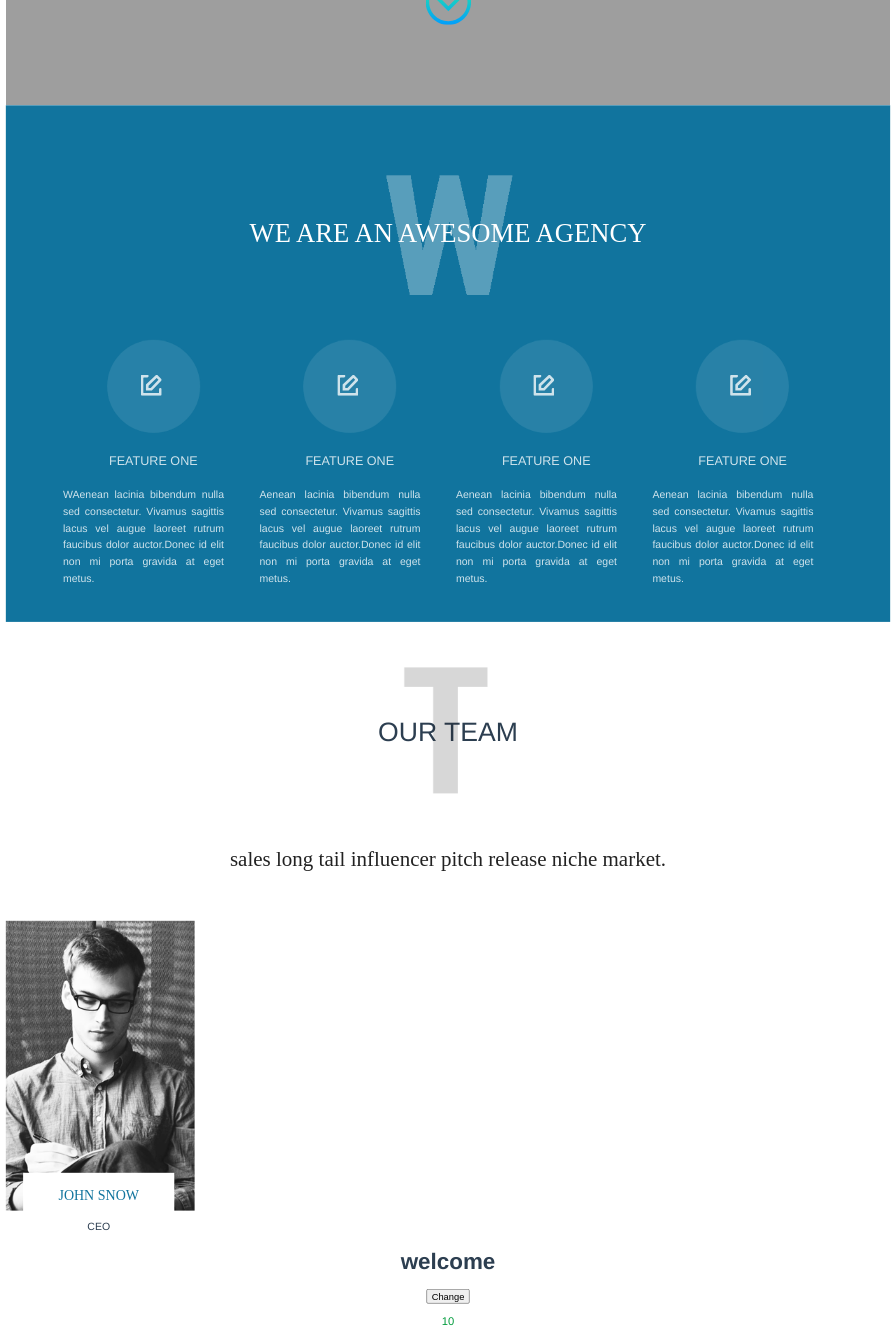
Repository: joker506/Creatives
Page: /
An editor plug-in stored every save of this project. The page is shown before and after the next save, followed by the edit.
The browser window is 1280 px wide. The pictures show the part of the page from y = 689 to 2609 px (the page is 2609 px tall), at 70% of full size.
Pictures or frames that could not be fetched are drawn as grey boxes. The project was rebuilt for these pictures with package versions that can differ from the ones it lists, and the page was loaded fresh each time.

Above is the page before, as saved 2020-04-01 21:41:48.

### src/App.vue
<template>
  <div id="app">
<HeaderApp  />
<AdvantagesApp />
<TeamApp />

    <HelloWorld
    @clicks="clickUp($event)"
       :msg=msg
       :counter=counter />
  </div>
</template>

<script>
import HelloWorld from './components/HelloWorld.vue'
import HeaderApp from './components/HeaderApp.vue'
import AdvantagesApp from './components/AdvantagesApp.vue'
import TeamApp from './components/TeamApp.vue'

export default {
  name: 'App',
  data(){
    return{
    msg:"welcome",
    counter:10
    }
  },
  components: {
    HelloWorld,
    AdvantagesApp,
    HeaderApp,
    TeamApp
  },
  methods:{
    clickUp(event){
      console.log("click")
      this.counter=event
    }
  }
}
</script>

<style>
#app {
  font-family: Avenir, Helvetica, Arial, sans-serif;
  -webkit-font-smoothing: antialiased;
  -moz-osx-font-smoothing: grayscale;
  text-align: center;
  color: #2c3e50;
  overflow: hidden;

}
</style>

### src/components/HelloWorld.vue
<template>
  <div class="hello">
    <h1>{{ msg }} </h1>
   <button @click="clickDown">Change</button>
   <p>{{counter}}</p>

  </div>
</template>

<script>
export default {
  name: 'HelloWorld',

  props: {
    msg: String,
    counter:Number

  },
  methods:{
    clickDown(){
      console.log("Your Click!")
      this.$emit("clicks",this.counter+1)

    }
  }
}
</script>

<style scoped>
h3 {
  margin: 40px 0 0;
}
ul {
  list-style-type: none;
  padding: 0;
}
li {
  display: inline-block;
  margin: 0 10px;
}
a {
  color: #42b983;
}
p{
  color:rgb(3, 156, 62);
}
</style>

### src/components/HeaderApp.vue
<template>

<header class="header">

<div class="header__top">
<a class="logo" href="#" >
    <img src="@/assets/Logo1.png" alt="logo">
</a>
<nav class="main-nav">
    <ul class="main-nav__items">
        <li class="item">
            <a href="#">Home</a> </li>
        <li class="item">
            <a href="#">Pages</a> </li>
        <li class="item">
            <a href="#">Features</a> </li>
        <li class="item">
            <a href="#">Extensions</a> </li>
        <li class="item">
            <a href="#">Tutorials</a> </li>
        <li class="item">
            <a href="#">Contact us</a> </li>
    </ul>
</nav>

<div class="social">
    <ul class="social__items">
        <li class="social__item social__item--fb">
            <a class="social__link" href="#"></a></li>
        <li class="social__item social__item--insta">
            <a class="social__link" href="#"></a></li>
        <li class="social__item social__item--teleg">
            <a class="social__link" href="#"></a></li>
        <li class="social__item social__item--vk">
            <a class="social__link" href="#"></a></li>
    </ul>
</div>

</div>
<div class="header__main">

<h1 class="header__title" >Creatives</h1>
<p class="text"><a href="Power by PSDfreebies.com"> Power by PSDfreebies.com</a></p>

<span class="btn__main">
    <a class="btn__main-link">scroll down</a>
</span>
</div>


</header>

</template>

<script>
export default {
    name:'HeaderApp',

    directives:{
        font:{
            bind(el){
            el.style.fontSize='50px'
            }
        },
        color:{
            bind(el){
                el.style.color='#ffffff'
            }
        }
    }


}
</script>

<style lang="scss">
.header{
    margin: 0;
    padding: 0;
    max-width: 1600px;
    padding-top: 20px;
    font-size: 18px;
    background-image: url("~@/assets/Layer96.jpg");
    background-repeat: no-repeat;
    background-position: 0 0;
    background-size: cover;
}

.header__top{
    padding-right: 15px;
    padding-left: 15px;
    display: flex;
    justify-content: space-between;
    height: 90px;
    border-bottom: 3px solid hsla(0, 0%, 47%, 0.5);
}
.wrapper{
    width: 1200px;
}
.logo {
    list-style: none;
    cursor: pointer;
    color: #000000 ;
    &>img{
    width:79px;
    height:75px;
    }
}

.main-nav{
margin-left: 220px;
margin-right: 40px;
//border: 1px solid greenyellow;
}
.main-nav__items{
padding: 0;
margin: 0;
display: flex;
justify-content: space-between;
width: 700px;
height: 85px;
}
.item{
    width: 100px;
    height: 83px;
    list-style: none;
    font-family: "Myriad Pro";
    font-size: 20px;
    font-weight: 400;
    color: #ffffff;
    &:hover{
        border-bottom: 6px solid #11749e;
    }
    &>a{
        display: block;
        padding-top: 30px;
        height: 50px;
        text-decoration: none;
        color: #868686;
   /*  &:hover{
        color: blue;
    } */

    }
}
.social{
width: 141px;
}
.social__items{
    margin: 0;
    padding: 0;
    display: flex;
    justify-content: space-between;
    list-style: none;
}

.social__item{
    width: 20px;
    height: 20px;
    margin-top: 30px;
    position: relative;
    &--fb{
        background-image: url("~@/assets/facebook.svg");
        &:hover{
        background-image: url("~@/assets/fb-active.svg");
        }
    }
     &--insta{
        background-image: url("~@/assets/instagram.svg");
    }
     &--teleg{
        background-image: url("~@/assets/telegram.svg");
    }
     &--vk{
        background-image: url("~@/assets/vk.svg");
    }
    &::before{
        content: '';
        position: absolute;
        width: 30px;
        height: 30px;
         background-position: 0 0;
        background-repeat: no-repeat;
}
}


.social__link{
    display: block;
    padding-top: 30px;
    height: 50px;
    color: #868686;
    text-decoration: none;
}
/*
.header__main{
    height: 766px;
} */

.header__title{
    margin: 0 auto;
    margin-top: 130px;
    font-family: Gotham;
    font-size: 153px;
    font-weight: 700;
    text-transform: uppercase;
    letter-spacing: -1.92px;
}

.text{
margin: 0 auto;
margin-top: 30px;
color: #11749e;
font-family: Gotham;
font-size: 25px;
font-weight: 500;
line-height: 51.19px;
text-transform: uppercase;
letter-spacing: 7.88px;
}
.text>a{
    text-decoration: none   ;
}
.btn__main{
    display: block;
    margin-top: 115px;
    padding-bottom: 115px;
    position: relative;

}
.btn__main-link{
    color:beige;
    cursor: pointer;
    font-weight: 500;
    line-height: 22px;
    text-transform: capitalize;
        &::after{
        content: '';
        display: block;
        left: 50%;
        margin: auto;
        margin-top: 15px;
        width: 65px;
        height: 65px;
        background-image: url("~@/assets/chevron.svg");
        background-repeat: no-repeat;
        background-position: 0 0;
        background-size: cover;
        }
        &:hover{
color: #11749e;
}
}



</style>

### src/components/AdvantagesApp.vue
<template>
<section class="advantages">
    <div class="wrap">
<h2 class="advantages__title">
    We Are An Awesome Agency
</h2>
    </div>
    <div class="advantages-block">
<div class="block__first">
   <div><img src="~@/assets/Ellipse1.png" alt="ellipse"></div>
    <h3 class="block__title">Feature One</h3>
    <p class="block__text">WAenean lacinia bibendum nulla sed consectetur. Vivamus sagittis lacus vel augue laoreet rutrum faucibus dolor auctor.Donec id elit non mi porta gravida at eget metus.
</p>
</div>
<div class="block__first">
    <div><img src="~@/assets/Ellipse1.png" alt="ellipse"></div>
    <h3 class="block__title">Feature One</h3>
     <p class="block__text">Aenean lacinia bibendum nulla sed consectetur. Vivamus sagittis lacus vel augue laoreet rutrum faucibus dolor auctor.Donec id elit non mi porta gravida at eget metus.
</p>
</div>
<div class="block__first">
    <div><img src="~@/assets/Ellipse1.png" alt="ellipse"></div>
    <h3 class="block__title">Feature One</h3>
     <p class="block__text">Aenean lacinia bibendum nulla sed consectetur. Vivamus sagittis lacus vel augue laoreet rutrum faucibus dolor auctor.Donec id elit non mi porta gravida at eget metus.
</p>
</div>
<div class="block__first">
    <div><img src="~@/assets/Ellipse1.png" alt="ellipse"></div>
    <h3 class="block__title">Feature One</h3>
    <p class="block__text">Aenean lacinia bibendum nulla sed consectetur. Vivamus sagittis lacus vel augue laoreet rutrum faucibus dolor auctor.Donec id elit non mi porta gravida at eget metus.
</p>
</div>
</div>

</section>
</template>

<script>
export default {
    name:'AdvantagesApp',

}
</script>

<style lang="scss">

.advantages{
max-width: 1600px;
height: 738px;
background-color: #11749e;
}
.wrap{
    margin: 0;
}
.advantages-logo{
margin-top: 108px;
    opacity: 0.3 ;
}

.advantages__title{
    margin: 0;
padding-top: 170px;
margin-bottom: 140px;
color: #ffffff;
font-family: Gotham;
font-size: 38px;
font-weight: 500;
line-height: 25px;
text-transform: uppercase;
position: relative;
&::before{
    content: '';
    position: absolute;
    top: 100px;
    left: 43%;
    width: 180px;
    height: 180px;
    opacity: 0.3;
    background-image: url("~@/assets/W.png");
    background-size: contain;
    background-repeat: no-repeat;
    background-position: 0 0;
}
}
.advantages-block{
    width: 1100px;
    margin: 0 auto;
    display: flex;
    justify-content: space-between;
}
.block__first{
    width: 258px;

    color: #ffffff;
    opacity: 0.8;


}
.block__first>div{
    opacity: 1;
    position: relative;
      &::before{
    content: '';
    position: absolute;
    top: 50px;
    left: 111px;
    width: 30px;
    height: 30px;
    background-image: url("~@/assets/Write.svg");
    background-position: 0 0;
    background-repeat: no-repeat;
    background-size: contain;
}
    }


.block__title{
    font-size: 18px;
font-weight: 500;
line-height: 36px;
text-transform: uppercase;

}
.block__text{
    width: 230px;
text-align: justify;    ;
font-size: 15px;
font-weight: 400;
line-height: 24px;
}
</style>

### src/components/TeamApp.vue
<template>
<section class="team">
<div class="wrap">
<h2 class="team__title">Our Team</h2>
<p class="team__text">sales long tail influencer pitch release niche market.</p>
</div>

<div class="team-block">

<div class="staff__first">
    <img src="~@/assets/Layer81.png" alt="">
    <div class="staff-wrap">
    <h3 class="staff__title"> JOHN SNOW</h3>
    <span class="staff__prof">CEO</span>
    </div>
</div>
    </div>

    </section>
</template>

<script>
export default {
    name:'TeamApp',
}
</script>

<style lang="scss">
.team{
    margin: 0;
    padding: 0;
    max-width: 1600px;
height: 738px;
background-color: #ffffff;
}
.team__title{
    margin-top: 135px;
font-size: 38px;
font-weight: 500;
line-height: 45px;
text-transform: uppercase;
position: relative;
&::before{
    content: '';
    position: absolute;
    top: -70px;
    left: 45%;
    width: 120px;
    height: 180px;
    background-image: url('~@/assets/T.png');
    background-position: 0 0;
    background-repeat: no-repeat;
    background-size: contain;
}
}
.team__text{
    margin-top: 140px;
    color: #222222;
font-family: "Gotham - Book";
font-size: 30px;
font-weight: 400;
line-height: 37px;
}
.team-block{
    margin-top: 70px;
    width: 1200px;

}
.staff__first {
    width: 270px;
    height: 480px;
    position: relative;
}
.staff-wrap{
    position: absolute;
    top: 360px;
    left: 25px;
    width: 216px;
    height: 117px;
    background-color: #ffffff;
    &:hover{
        border: 1px solid rgb(245, 243, 243);
        box-shadow: 0px 0px 10px 5px rgb(225, 229, 233);
    }
    }
.staff__title{
    color: #11749e;
font-family: Gotham;
font-size: 20px;
font-weight: 500;
line-height: 24px;
text-transform: uppercase;
}

.staff__prof{
    font-size: 15px;
font-weight: 500;
line-height: 24px;
}
</style>

Loaded but not shown: public/index.html (common file); src/main.js (common file)

After the next save:
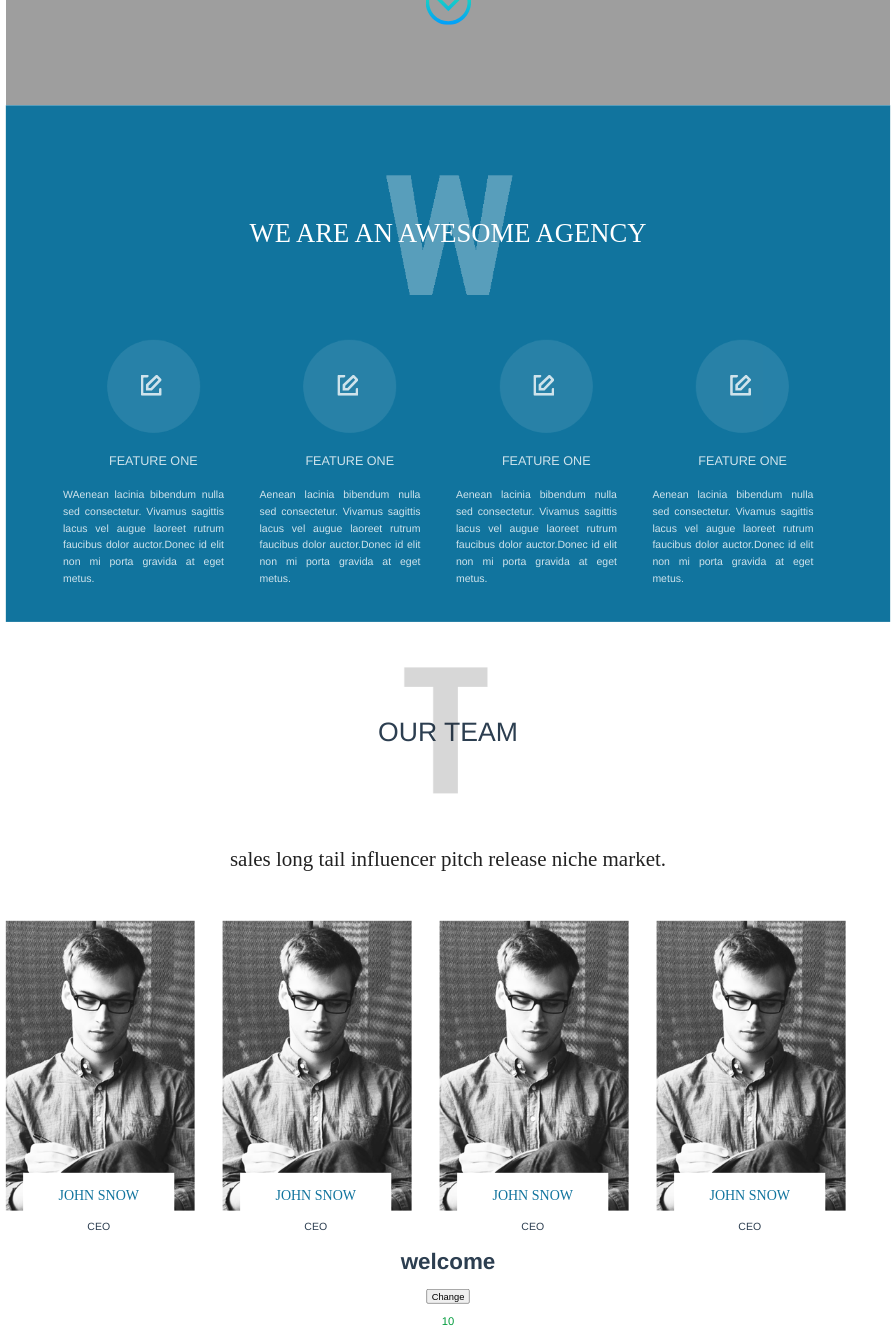
Saved 7 min 36 s later.
--- a/src/components/TeamApp.vue
+++ b/src/components/TeamApp.vue
@@ -7,6 +7,27 @@
 
 <div class="team-block">
 
+<div class="staff__first">
+    <img src="~@/assets/Layer81.png" alt="">
+    <div class="staff-wrap">
+    <h3 class="staff__title"> JOHN SNOW</h3>
+    <span class="staff__prof">CEO</span>
+    </div>
+</div>
+<div class="staff__first">
+    <img src="~@/assets/Layer81.png" alt="">
+    <div class="staff-wrap">
+    <h3 class="staff__title"> JOHN SNOW</h3>
+    <span class="staff__prof">CEO</span>
+    </div>
+</div>
+<div class="staff__first">
+    <img src="~@/assets/Layer81.png" alt="">
+    <div class="staff-wrap">
+    <h3 class="staff__title"> JOHN SNOW</h3>
+    <span class="staff__prof">CEO</span>
+    </div>
+</div>
 <div class="staff__first">
     <img src="~@/assets/Layer81.png" alt="">
     <div class="staff-wrap">
@@ -64,6 +85,8 @@ line-height: 37px;
 .team-block{
     margin-top: 70px;
     width: 1200px;
+    display: flex;
+    justify-content: space-between;
 
 }
 .staff__first {
